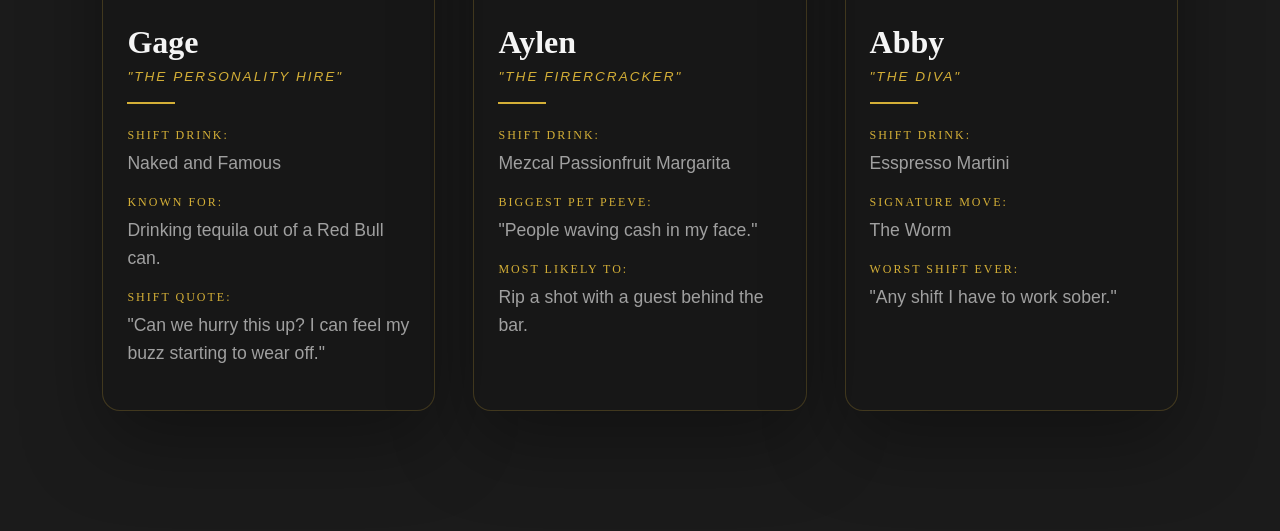
Repository: Gage-Codes/BarRot
Page: css/index.html
The author's editor kept a copy of each file at every save. The page is drawn from the files as they stood at one save, then again after the next save.
The browser window is 1280 px wide. The pictures show the part of the page from y = 3978 to 4714 px (the page is 4509 px tall before and 4714 px after).

Above is the page before, as saved 2026-07-04 09:10:52.

### css/index.html
<!DOCTYPE html>
<html lang="en">

<head>
    <meta charset="UTF-8">
    <meta name="viewport" content="width=device-width, initial-scale=1.0">
    <title>Bar Rot: Your Neighborhood Podcast</title>
    <link href="https://fonts.googleapis.com/css2?family=Cormorant+Garamond:wght@400;700&family=Roboto:wght@400;700&display=swap" rel="stylesheet">
    <link rel="stylesheet" href="style.css">
</head>

<!-- The Navigation Bar/Logo -->

<body>
<header>
    <nav class="navbar">
        <a href="#" class="logo">BAR ROT</a>
        <ul class="nav-links">
            <li><a href="#about">About</a></li>
            <li><a href="#episodes">Episodes</a></li>
            <li><a href="#recipes">Recipes</a></li>
            <li><a href="#hosts">Hosts</a></li>
            <li><a href="#reviews">Reviews</a></li>
            <li><a href="#contact">Contact</a></li>
        </ul>
    </nav>
</header>

<!-- Title/Hero Section -->

<main>
    <section id="hero">
        <div class="hero-content">

            <p class="eyebrow">A late-night podcast</p>
            <h1>Where bad decisions make good stories.</h1>
            <p class="hero-text">
                Bar Rot is a podcast about the chaos of working in nightlife and the friendships
                we've made along the way. These are the stories we tell after last call.
            </p>
            <div class="hero-buttons">
                <a href="#episodes" class="btn primary-btn">Listen Now</a>
                <a href="#about" class="btn secondary-btn">Learn More</a>
            </div>
        </div>
    </section>

<!-- The About Section -->

    <section id="about">
        <div class="section-label">About the Podcast</div>
        <div class="about-grid">
            <div>
                <h2>Come find a spot at the bar. We have some shit to talk about.</h2>
            </div>
            <div>
                <p>
                    Welcome to Bar Rot! The late-night podcast where we discuss nightlife,
                    bad decisions, friendship, dating, work, the chaos of the industry, and how Terry keeps
                    calling out and still has a job.
                </p>
                <p>
                    Join us for our post-shift therapy session, some trash talk, and a few good laughs.
                    Bar Rot is for anyone who regrets saying “one more shot”...
                    and for those of us who pour them.
                </p>
            </div>
        </div>
    </section>

<!--Episodes (Recent Episode) Section -->

    <section id="episodes">
        <div class="section-label">Latest Episodes</div>
        <div class="episodes-header">
            <h2>Real stories with real friends.</h2>
            <p>Three bartenders. One bottle. No filter.</p>
        </div>
        <article class="episode-card">
            <div class="episode-cover-area">
                <div class="record">
                    <div class="record-label">
                        <span>BAR</span>
                        <span>ROT</span>
                    </div>
                </div>
                <div class="album-cover">
                    <img src="images/episode-one.jpg" alt="The Bar Rot hots sitting togeather after work unwinding with a few dinks">
                </div>
            </div>
            <div class="episode-info">
                <p class="episode-number">Episode 01</p>
                <h3>Better To Leave It Where We Found It</h3>
                <p class="episode-description">
                    The stories we tell at the end of the night are the ones we probably shouldn't.
                    Welcome to the first round of Bar Rot.
                </p>
                <div class="episode-meta">
                    <span>46 minutes</span>
                    <span>June 2026</span>
                </div>
                <div class="cocktail-box">
                    <p>This Episodes Shift Drink:</p>
                    <h4>Neat or Chilled</h4>
                </div>
                <div class="episode-buttons">
                    <a href="#" class="btn primary-btn">Listen Now</a>
                    <a href="#recipes" class="btn secondary-btn">View Recipe</a>
                </div>
            </div>
        </article>
    </section>

<!--Shift Drinks/Recipes Section -->

    <section id="recipes">
        <div class="section-label">Shifties</div>
            <div class="recipes-layout">
                <div class="recipe-intro">
                    <h2>Every episode begins with a cocktail and ends with a story.</h2>
                    <p>
                        Choose an episode, make the drink, and unwind with us.
                        It's been one hell of a day, and we all deserve a drink.
                    </p>
                    <label for="cocktail-select">What's your poison?</label>
                    <select id="cocktail-select">
                        <option value="episode-one">Episode 01: Neat or Chilled</option>
                        <option value="episode-two">Episode 02: Schedule Not Yet Posted</option>
                        <option value="episode-three">Episode 03: Schedule Not Yet Posted</option>
                    </select>
                </div>
                <div class="recipe-content">
                    <p class="episode-number">Episode 01</p>
                    <h3>Neat or Chilled</h3>
                    <div class="recipe-divider">
                    </div>
                    <div class="recipe-block">
                        <h4>Recipe</h4>
                        <ul>
                            <li>2 oz. Whiskey, Tequila, Vodka, or Rum</li>
                            <li>Ice, optional</li>
                            <li>A long day</li>
                        </ul>
                    </div>
                    <div class="recipe-block">
                        <h4>Method</h4>
                        <ol>
                            <li>Choose your liquor.</li>
                            <li>Either pour it straight into a glass, or shake it with ice and strain into a fresh glass.</li>
                            <li>Go ahead and slam it.</li>
                            <li>Congrats! You just had your first of many shift drinks.</li>
                        </ol>
                    </div>
                    <div class="recipe-block host-note">
                        <h4>Behind the Bar</h4>
                        <p>“This drink is a simple one, but it is the one we all reach for at the end of a long night.
                            It is for when everyone says they're only staying for one... and then suddenly it's 3 a.m.”
                        </p>
                    </div>
                </div>
            </div>
    </section>

<!--Meet the Hosts-->

    <section id="hosts">
        <div class="section-label">The Crew</div>
        <h2 class="host-title">
            Meet the Crew
        </h2>
        <p class="hosts-subtitle">
            Everyone has a story. These three just decided to record them.
        </p>
        <div class="section-divider">
        </div>
        <div class="host-grid">
            <article class="host-card">
<!--Gage Info-->
                <img src="images/gage.jpg" alt="Gage" class="host-photo">
                <div class="host-info">
                    <h3>Gage</h3>
                    <p class="host-nickname">
                        <i>"The Personality Hire"</i>
                    </p>
                    <div class="host-divider">
                    </div>
                    <div class="host-detail">
                        <span class="detail-label">
                            SHIFT DRINK:
                        </span>
                        <span class="detail-value">
                            Naked and Famous
                        </span>
                    </div>
                    <div class="host-detail">
                        <span class="detail-label">
                            KNOWN FOR:
                        </span>
                        <span class="detail-value">
                            Drinking tequila out of a Red Bull can.
                        </span>
                    </div>
                    <div class="host-detail">
                        <span class="detail-label">
                            SHIFT QUOTE:
                        </span>
                        <span class="detail-value">
                            "Can we hurry this up? I can feel my buzz starting to wear off."
                        </span>
                    </div>
                </div>
            </article>
<!--Aylen Info-->
            <article class="host-card">
                <img src="images/aylen.jpg" alt="Aylen" class="host-photo">
                <div class="host-info">
                    <h3>Aylen</h3>
                    <p class="host-nickname">
                        <i>"The Firercracker"</i>
                    </p>
                    <div class="host-divider">
                    </div>
                    <div class="host-detail">
                        <span class="detail-label">
                            SHIFT DRINK:
                        </span>
                        <span class="detail-value">
                            Mezcal Passionfruit Margarita
                        </span>
                    </div>
                    <div class="host-detail">
                        <span class="detail-label">
                            BIGGEST PET PEEVE:
                        </span>
                        <span class="detail-value">
                            "People waving cash in my face."
                        </span>
                    </div>
                    <div class="host-detail">
                        <span class="detail-label">
                            MOST LIKELY TO:
                        </span>
                        <span class="detail-value">
                            Rip a shot with a guest behind the bar.
                        </span>
                    </div>
                </div>
            </article>
<!--Abby Info-->
            <article class="host-card">
                <img src="images/abby.jpg" alt="Aylen" class="host-photo">
                <div class="host-info">
                    <h3>Abby</h3>
                    <p class="host-nickname">
                        <i>"The Diva"</i>
                    </p>
                    <div class="host-divider">
                    </div>
                    <div class="host-detail">
                        <span class="detail-label">
                            SHIFT DRINK:
                        </span>
                        <span class="detail-value">
                            Esspresso Martini
                        </span>
                    </div>
                    <div class="host-detail">
                        <span class="detail-label">
                            SIGNATURE MOVE:
                        </span>
                        <span class="detail-value">
                            The Worm
                        </span>
                    </div>
                    <div class="host-detail">
                        <span class="detail-label">
                            WORST SHIFT EVER:
                        </span>
                        <span class="detail-value">
                            "Any shift I have to work sober."
                        </span>
                    </div>
                </div>
            </article>
        </div>
    </section>

    <section id="reviews"></section>

    <section id="contact"></section>

</main>

<footer></footer>

<!--Java Script/Nav Bar-->

<script src="script.js"></script>

</body>

</html>

### css/style.css

/* Varbles and Global Styles */

:root {
    --background-color: #111111;
    --surface: #1B1B1B;
    --primary: #8B1E3F;
    --accent: #D4AF37;
    --text: #F5F5F5;
    --gray: #A0A0A0;
    --muted: #A0A0A0;
}

* {
    margin: 0;
    padding: 0;
    box-sizing: border-box;
}

body {
    font-family: 'Arial', sans-serif;
    background-color: var(--background-color);
    color: var(--text);
}

/* Navigation Bar/Logo Styles */

.navbar {
    position: fixed;
    top: 0;
    left: 0;
    width: 100%;
    height: 90px;
    padding: 0 80px;
    display: flex;
    justify-content: space-between;
    align-items: center;
    background: rgba(8,8,8,0.55);
    backdrop-filter: blur(12px);
    border-bottom: 1px solid rgba(255,255,255,0.08);
    z-index: 1000;
}
.logo {
    color: #F5F5F5;
    text-decoration: none;
    font-size: 3rem;
    font-weight: 700;
    font-family: "Cormorant Garamond", serif;
    letter-spacing: 4px;
}
.nav-links {
    display: flex;
    gap: 70px;
    list-style: none;
}
.nav-links a {
    position: relative;
    color: #F5F5F5;
    font-weight: 600;
    font-size: 0.95rem;
    text-transform: uppercase;
    text-decoration: none;
    letter-spacing: 2px;
    transition: .3s ease;
}
.nav-links a:hover {
    color: var(--accent);
}
.nav-links a.active{
    color: var(--accent);
}
.nav-links a.active::after {
    content: "";
    position: absolute;
    bottom: -22px;
    left: 50%;
    transform: translateX(-50%);
    width: 90%;
    height: 3px;
    background-color: var(--accent);
    border-radius: 50px;
}

/* Hero/Top of Page Section Styles */

#hero {
    min-height: 100vh;
    padding: 0 8%;
    display: flex;
    align-items: center;
    background:
        linear-gradient(rgba(10,10,10,0.15), rgba(10,10,10,0.45)),
        radial-gradient(circle at top right,
        rgba(139,30,63,0.45), transparent 75%),
        url("images/bar-rot-hero.jpg");
background-size: cover;
background-position: center right;
background-repeat: no-repeat;
}
.hero-content {
    max-width: 720px;
}
.eyebrow {
    color: var(--accent);
    text-transform: uppercase;
    letter-spacing: 3px;
    font-size: 0.85rem;
    margin-bottom: 18px;
}
h1 {
    font-size: clamp(3rem, 7.5vw, 6.5rem);
    font-family: "Cormorant Garamond", serif;
    text-transform: uppercase;
    line-height: 0.90;
    margin-bottom: 24px;
}
.hero-text {
    color: var(--muted);
    font-size: 1.15rem;
    line-height: 1.7rem;
    max-width: 560px;
    margin-bottom: 34px;
}
.hero-buttons {
    display: flex;
    gap: 16px;
    flex-wrap: wrap;
}
.btn {
    padding: 14px 24px;
    border-radius: 999px;
    text-decoration: none;
    font-weight: 700;
}
.primary-btn {
    background: var(--primary);
    color: var(--text);
}
.secondary-btn {
    border: 1px solid var(--accent);
    color: var(--accent);
}

/* About Section Styles */

#about {
    padding: 120px 8%;
    background-color: var(--background-color);
}
.section-label {
    color: var(--accent);
    text-transform: uppercase;
    letter-spacing: 3px;
    font-size: 0.8rem;
    margin-bottom: 24px;
}
.about-grid {
    display: grid;
    grid-template-columns:1fr 1.2fr;
    gap: 64px;
    align-items: start;
}
#about h2 {
    font-size: clamp(2.2rem, 4.5vw, 4rem);
    font-family: "Cinzel", serif;
    text-transform: uppercase;
    line-height: 1;
}
#about p {
    color: var(--gray);
    font-size: 1.05rem;
    line-height: 1.8;
    margin-bottom: 22px;
}

/* Episode Section Syle */

#episodes{
    position: relative;
    padding: 120px 8%;
    background-image:
        linear-gradient(rgba(0,0,0,.25), rgba(0,0,0,.25)),
        url("images/bar-rot-ep.jpg");
    background-position: 135% center;
    background-repeat: no-repeat;
    background-size: cover;
    overflow:hidden;
    /* Background Overlay/Readability */
    background-blend-mode: overlay;
}
.episodes-header {
    text-align: center;
    margin-bottom: 70px;
}
.episodes-header h2 {
    font-family: "Cinzel", serif;
    font-size: clamp(2.8rem, 4vw, 5rem);
    line-height: 1;
    text-transform: uppercase;
    letter-spacing: 3px;
    margin-bottom: 18px;
}
.episodes-header p {
    color: var(--gray);
    font-size: 1.5rem;
}
.episode-card {
    display: grid;
    grid-template-columns: 1fr 1fr;
    gap: 72px;
    align-items: center;
    padding: 48px;
    border: 1px solid rgba(212, 175, 55, 0.25);
    border-radius: 18px;
    background: rgba(20, 20, 20, 0.25);
    box-shadow: 0 30px 80px rgba(0, 0, 0, 0.45);
}
.album-area {
    position: relative;
    min-height: 480px;
    display: flex;
    align-items: center;
}
.album-cover {
    width: min(100%, 380px);
    aspect-ratio: 1/1;
    position: relative;
    z-index: 2;
    border: 1px solid rgba(212, 175, 55, 0.35);
    border-radius: 12px;
    overflow: hidden;
    box-shadow: 0 25px 60px rgba(20, 20, 20, 0.60);
}
.album-cover img {
    width: 100%;
    height: 100%;
    object-fit: cover;
    display: block;
}

/* Record/Episode Cover */

.record {
    width: 330px;
    height: 330px;
    border-radius: 50%;
    position: absolute;
    left: 240px;
    z-index: 1;
    background:
    radial-gradient(circle, #8B1E3F 0 16%, #121212 17% 100%),
    repeating-radial-gradient(circle, #2a2a2a 0 2px, #161616 3px 5px);
    box-shadow:
    inset 0 0 35px rgba(255,255,255,0.12),
    inset 0 0 90px rgba(0, 0, 0, 0.95),
    0 20px 50px rgba(0, 0, 0, 0.7);
    transition: transform 0.4s ease;
}
.record-label {
    position: absolute;
    inset: 50%;
    transform: translate(-50%, -50%);
    width: 105px;
    height: 105px;
    border-radius: 50%;
    background: var(--primary);
    border: 1px solid rgba(212, 175, 55, 0.5);
    display:flex;
    flex-direction: column;
    justify-content: center;
    align-items: center;
    color: var(--accent);
    font-family: "Cinzel", serif;
    font-size: 1.25rem;
    letter-spacing: 1px;
}
.episode-card:hover .record {
    transform: translateX(80px) rotate(10deg);
}
.episode-number {
    color: var(--accent);
    text-transform: uppercase;
    letter-spacing: 4px;
    font-size: 0.85rem;
    margin-bottom: 18px;
}
.episode-info h3 {
    font-family: "Cinzel", serif;
    font-size: clamp(2.4rem, 5vw, 4rem);
    line-height: 1;
    margin-bottom: 24px;
}
.episode-meta {
    display: flex;
    gap: 22px;
    color: var(--text);
    text-transform: uppercase;
    letter-spacing: 2px;
    font-size: 0.8rem;
    margin-bottom: 28px;
}

/* Cocktail Box/Shift Drink Style Section */

.cocktail-box {
    border: 1px solid rgba(212, 175, 55, 0.25);
    border-radius: 12px;
    padding: 22px;
    margin-bottom: 30px;
    background: rgba(0, 0, 0, 0.25);
}
.cocktail-box p {
    color: var(--accent);
    text-transform: uppercase;
    letter-spacing: 3px;
    font-size: 0.75rem;
    margin-bottom: 8px;
}
.cocktail-box h4 {
    font-family: "Cinzel", serif;
    font-size: 1.7rem;
    font-style: italic;
}
.episode-buttons {
    display: flex;
    gap: 16px;
    flex-wrap: wrap;
}

/* Recipe Section Styles */

#recipes {
    padding: 120px 8%;
    background-color: var(--background-color);
}
.recipes-layout {
    display: grid;
    grid-template-columns: .9fr 1.6fr;
    gap: 72px;
    align-items: start;
}
.recipe-intro {
    border-right: 2px solid var(--accent);
    padding-right: 56px;
}
.recipe-intro h2 {
    font-family: "Cinzel", serif;
    font-size: clamp(2.1rem, 4vw, 3.5rem);
    line-height: 1;
    /* Might Change/delete uppercase and letter-spacing (comeback to) */
    text-transform: uppercase;
    letter-spacing: 3px;
    line-height: 1;
    margin-bottom: 24px;
}
.recipe-intro p {
    color: var(--gray);
    font-size: 1.05rem;
    line-height: 1.8;
    margin-bottom: 32px;
}
.recipe-intro label {
    display: block;
    color: var(--accent);
    text-transform: uppercase;
    letter-spacing: 3px;
    font-size: 0.8rem;
    margin-bottom: 12px;
}
#cocktail-select {
    width: 100%;
    padding: 18px 20px;
    background: transparent;
    color: var(--text);
    border: 1px solid var(--accent);
    border-radius: 6px;
    font-size: 1rem;
}
.recipe-content h3 {
    font-family: "Cinzel", serif;
    font-size: clamp(2.8rem, 5vw, 4.8rem);
    line-height: 1;
    margin-bottom: 18px;
}
.recipe-divider {
    width: 70px;
    height: 2px;
    background-color: var(--accent);
    margin-bottom: 36px;
}
.recipe-block {
    margin-bottom: 34px;
}
.recipe-block h4 {
    color: var(--accent);
    text-transform: uppercase;
    letter-spacing: 3px;
    font-size: 0.85rem;
    margin-bottom: 18px;
}
.recipe-block ul,
.recipe-block ol {
    color: var(--gray);
    line-height: 1.8;
    padding-left: 22px;
}
.host-note {
    padding: 28px;
    border: 1px solid rgba(139, 30, 63, 0.45);
    border-radius: 10px;
    background: rgba(50, 4, 18, 0.12);
}
.host-note p {
    color: var(--gray);
    font-style: italic;
    line-height: 1.9;
}

/* Host Section Styles */

#hosts {
    padding: 120px 8%;
    background: var(--surface);
}
.host-title {
    font-family: "Cinzel", serif;
    font-size: clamp(2.8rem, 5vw, 5rem);
    line-height: 1;
    text-transform: uppercase;
    margin-bottom: 15px;
}
.hosts-subtitle {
    color: var(--gray);
    font-size: 1.1rem;
    max-width: 620px;
    margin-bottom: 32px;
}
.section-divider {
    width: 90px;
    height: 2px;
    background-color: var(--accent);
    margin-bottom: 64px;
}
.host-grid {
    display: grid;
    max-width: 14000px;
    margin: 48px auto 0;
    grid-template-columns: repeat(3, 1fr);
    gap: 38px;
    margin-top: 32px;
}
.host-card {
    width: 100%;
    border: 1px solid rgba(212, 175, 55, 0.22);
    border-radius: 18px;
    overflow: hidden;
    background: rgba(20, 20, 20, 0.45);
    box-shadow: 0 30px 80px rgba(0, 0, 0, 0.35);
    transition: transform 0.3s ease, box-shadow 0.3s ease;
}
.host-card:hover {
    transform: translateY(-8px);
    border-color: rgba(212, 175, 55, 0.55);
}
.host-photo {
    width: 100%;
    height: 300px;
    object-fit: cover;
    display: block;
}
.host-info {
    padding: 24px;
}
.host-info h3 {
    font-family: "Cinzel", serif;
    font-size: 2rem;
    margin-bottom: 8px;
}
.host-nickname {
    color: var(--accent);
    text-transform: uppercase;
    letter-spacing: 2px;
    font-size: 0.85rem;
    margin-bottom: 18px;
}
.host-divider {
    width: 48px;
    height: 2px;
    background-color: var(--accent);
    margin-bottom: 24px;
}
.host-detail {
    color: var(--gray);
    font-size: 1.1rem;
    max-width: 620px;
    margin-bottom: 18px;
}
.detail-label {
    display: block;
    color: var(--accent);
    font-family: "Cinzel", serif;
    text-transform: uppercase;
    letter-spacing: 2px;
    font-size: 0.75rem;
    margin-bottom: 6px;
}
.detail-value {
    display: block;
    color: var(--gray);
    line-height: 1.6;
}

/* Media Queries/Screen Adjustment Episodes */

@media (min-width: 1400px) {
    .record {
        left:315px;
    }
    .episode-card:hover .record {
        transform: translateX(120px) rotate(10deg);
    }
}
@media (min-width: 992px) and (max-width: 1399px) {
    .record {
        left: 240px;
    }
    .episode-card:hover .record {
        transform: translateX(80px) rotate(10deg);
    }
}
@media (max-width: 991px) {
    .episode-card {
        grid-template-columns: 1fr;
        gap: 40px;
    }
    .album-cover {
        width: min(100%, 360%);
    }
    .album-area {
        min-height: 420px;
        justify-content: center;
    }
    .record {
        width: 300px;
        height: 300px;
        left: 50%;
        transform: translateX(-10%);
    }
    .episode-card:hover .record {
        transform: translateX(10%) rotate(8deg);
    }
}

### css/script.js

//Nav Bar Guide //

const sections = document.querySelectorAll("section");
const navLinks = document.querySelectorAll(".nav-links a");
window.addEventListener("scroll", () => {
    let current = "";
    sections.forEach(section => {
        const sectionTop = section.offsetTop;
        const sectionHeight = section.clientHeight;
        if (scrollY >= sectionTop - 150) {
            current = section.getAttribute("id");
        }
    });
    navLinks.forEach(link => {
        link.classList.remove("active");
        if (link.getAttribute("href") === "#" + current) {
            link.classList.add("active");
        }
    });
});

After the next save:
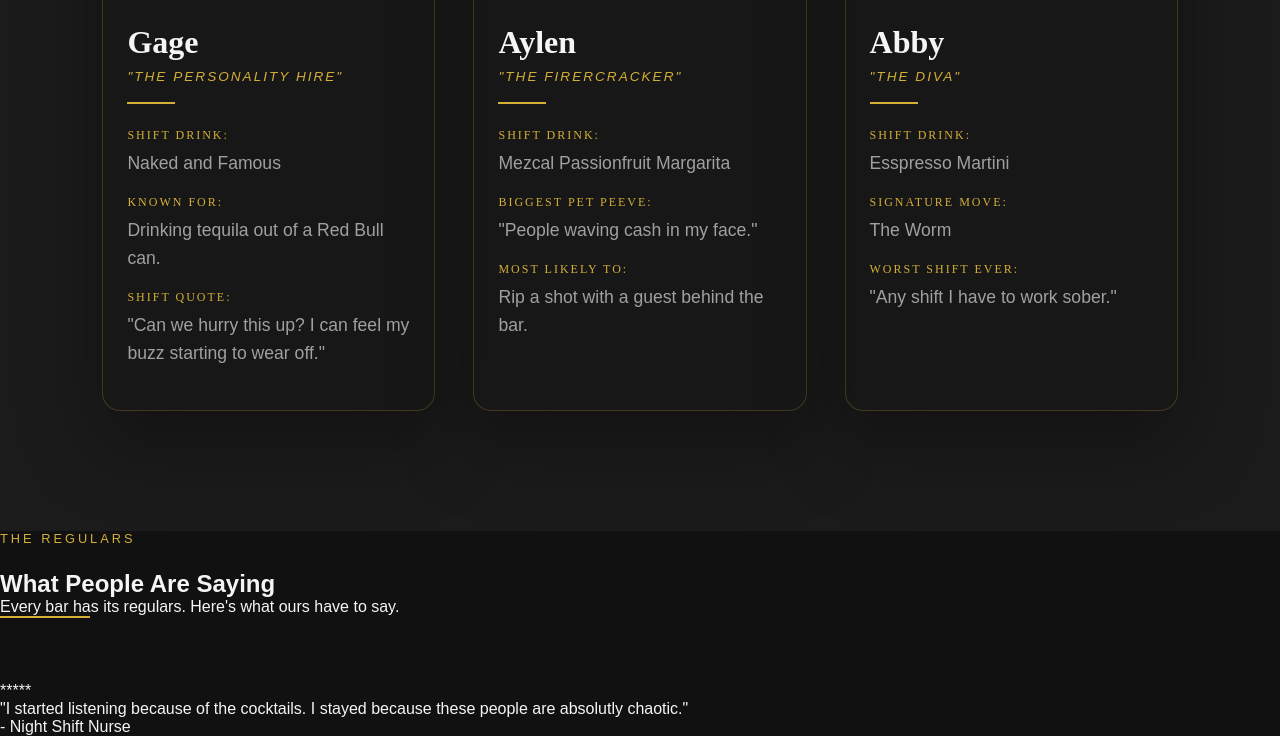
Saved 34 min 8 s later.
--- a/css/index.html
+++ b/css/index.html
@@ -285,7 +285,45 @@
         </div>
     </section>
 
-    <section id="reviews"></section>
+<!--Reviews-->
+
+    <section id="reviews">
+        <div class="section-label">
+            The Regulars
+        </div>
+        <h2 class="reviews-title">
+            What People Are Saying
+        </h2>
+        <p class="reviews-subtitle">
+            Every bar has its regulars. Here's what ours have to say.
+        </p>
+        <div class="section-divider">
+        </div>
+        <div class="review-slider">
+            <div class="stars">
+                *****
+            </div>
+            <blockquote class="review-text">
+                "I started listening because of the cocktails.
+                I stayed because these people are absolutly chaotic."
+            </blockquote>
+            <p class="review-author">
+                - Night Shift Nurse
+            </p>
+        </div>
+        <div class="review-dots">
+            <span class="dot active">
+            </span>
+            <span class="dot">
+            </span>
+            <span class="dot">
+            </span>
+            <span class="dot">
+            </span>
+            <span class="dot">
+            </span>
+        </div>
+    </section>
 
     <section id="contact"></section>
 
